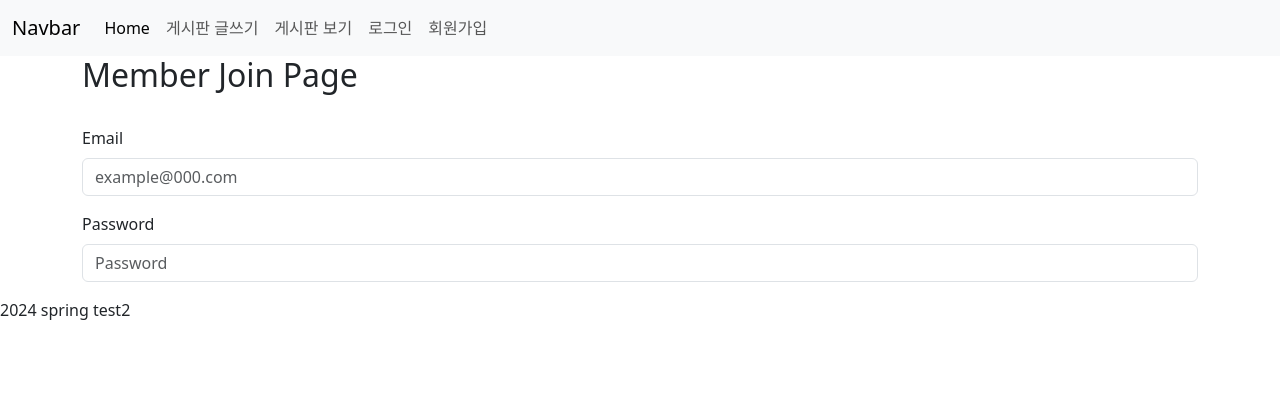
Repository: SadMyFace/spring-second
Page: http://localhost/spring_test2/WEB-INF/views/member/login.jsp
These files come from the project's save history. The page is drawn as it stood at one moment and after the next save; the edit follows.
The browser window is 1280 px wide. The pictures show the whole page.
The page is served by Tomcat 9. Nobody is signed in. The template is opened directly, without the code that normally fills it, so the values that code supplies are empty.

Above is the page before, as saved 2024-01-15 01:08:59.

After the next save:
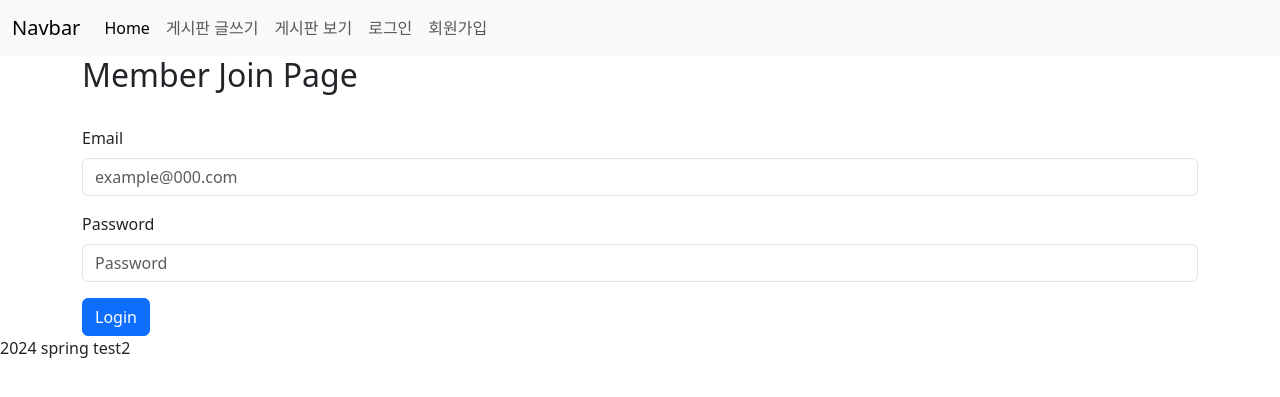
Saved 24 s later.
--- a/spring_test2/src/main/webapp/WEB-INF/views/member/login.jsp
+++ b/spring_test2/src/main/webapp/WEB-INF/views/member/login.jsp
@@ -16,6 +16,7 @@
 	  		<label for="p" class="form-label">Password</label>
 	  		<input type="password" name="pwd" class="form-control" id="p" placeholder="Password">
 		</div>
+		<button type="submit" class="btn btn-primary">Login</button>
 	</form>
 </div>
 
